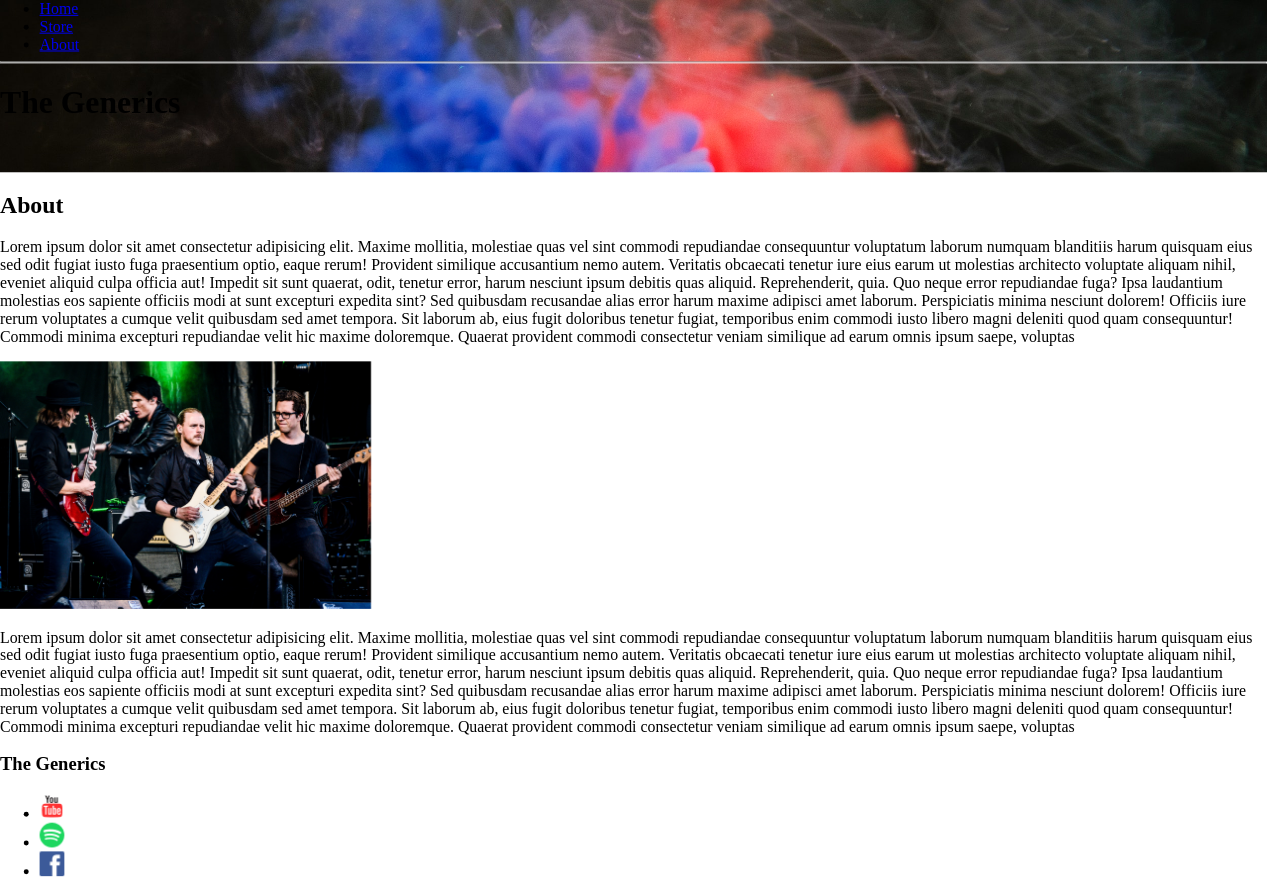
Repository: nazmulhaquep/WebDesign
Page: about.html
The author's editor kept a copy of each file at every save. The page is drawn from the files as they stood at one save, then again after the next save.
The browser window is 1280 px wide. The pictures show the whole page, at 99% of full size.

Above is the page before, as saved 2023-11-23 10:05:42.

### about.html
<!DOCTYPE html>
<html lang="en">
<head>
    <meta charset="UTF-8">
    <meta name="viewport" content="width=device-width, initial-scale=1.0">
    <title>The Generics | About</title>
    <meta name="description" content="This is the description">
    <link rel="stylesheet" href="styles.css" />
</head>
<body>
    <header class="main-header">
        <nav class="nav">
            <ul>
                <li><a href="index.html">Home</a></li>
                <li><a href="store.html">Store</a></li>
                <li><a href="about.html">About</a></li>
            </ul>
        </nav>
        <hr/>
        <h1> The Generics </h1>
    </header>
    <section>
        <h1>About</h1>
        <p> Lorem ipsum dolor sit amet consectetur adipisicing elit. Maxime mollitia,
molestiae quas vel sint commodi repudiandae consequuntur voluptatum laborum
numquam blanditiis harum quisquam eius sed odit fugiat iusto fuga praesentium
optio, eaque rerum! Provident similique accusantium nemo autem. Veritatis
obcaecati tenetur iure eius earum ut molestias architecto voluptate aliquam
nihil, eveniet aliquid culpa officia aut! Impedit sit sunt quaerat, odit,
tenetur error, harum nesciunt ipsum debitis quas aliquid. Reprehenderit,
quia. Quo neque error repudiandae fuga? Ipsa laudantium molestias eos
sapiente officiis modi at sunt excepturi expedita sint? Sed quibusdam
recusandae alias error harum maxime adipisci amet laborum. Perspiciatis
minima nesciunt dolorem! Officiis iure rerum voluptates a cumque velit
quibusdam sed amet tempora. Sit laborum ab, eius fugit doloribus tenetur
fugiat, temporibus enim commodi iusto libero magni deleniti quod quam
consequuntur! Commodi minima excepturi repudiandae velit hic maxime
doloremque. Quaerat provident commodi consectetur veniam similique ad
earum omnis ipsum saepe, voluptas </p>
<img src="images/Band Members.png">
<p> Lorem ipsum dolor sit amet consectetur adipisicing elit. Maxime mollitia,
    molestiae quas vel sint commodi repudiandae consequuntur voluptatum laborum
    numquam blanditiis harum quisquam eius sed odit fugiat iusto fuga praesentium
    optio, eaque rerum! Provident similique accusantium nemo autem. Veritatis
    obcaecati tenetur iure eius earum ut molestias architecto voluptate aliquam
    nihil, eveniet aliquid culpa officia aut! Impedit sit sunt quaerat, odit,
    tenetur error, harum nesciunt ipsum debitis quas aliquid. Reprehenderit,
    quia. Quo neque error repudiandae fuga? Ipsa laudantium molestias eos
    sapiente officiis modi at sunt excepturi expedita sint? Sed quibusdam
    recusandae alias error harum maxime adipisci amet laborum. Perspiciatis
    minima nesciunt dolorem! Officiis iure rerum voluptates a cumque velit
    quibusdam sed amet tempora. Sit laborum ab, eius fugit doloribus tenetur
    fugiat, temporibus enim commodi iusto libero magni deleniti quod quam
    consequuntur! Commodi minima excepturi repudiandae velit hic maxime
    doloremque. Quaerat provident commodi consectetur veniam similique ad
    earum omnis ipsum saepe, voluptas </p>
    </section>
    <footer>
        <h3>The Generics</h3>
        <ul>
            <li><img src="images/YouTube Logo.png"> </li>
            <li><img src="images/Spotify Logo.png"> </li>
            <li><img src="images/Facebook Logo.png"> </li>
        </ul>
    </footer>
</body>
</html>

### styles.css

/* all width and padding adjust with device width */
*{
    box-sizing:border-box;
    font-family: Raleway;
}

html,body{
   margin:0;
   padding:0;
}

.main-header{
    background-image: url('images/Header Background.jpg');
    background-size: cover;
    padding-bottom: 30px;
}

.nav ul{
    margin:0px;
}

After the next save:
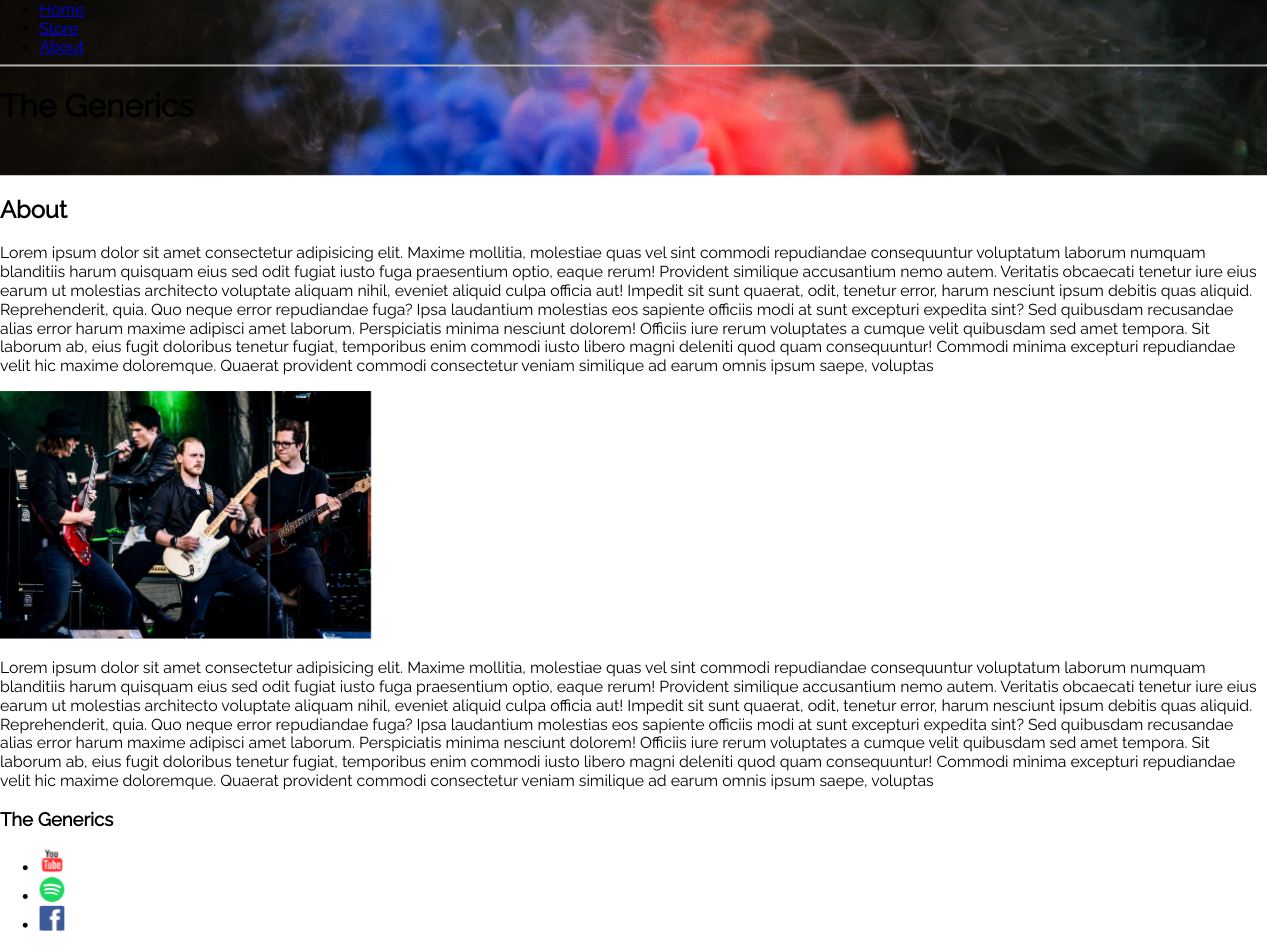
Saved 11 min 38 s later.
--- a/styles.css
+++ b/styles.css
@@ -1,3 +1,6 @@
+/* import font*/
+@import url('https://fonts.googleapis.com/css2?family=Raleway:ital,wght@0,400;1,300&display=swap');
+
 
 /* all width and padding adjust with device width */
 *{
